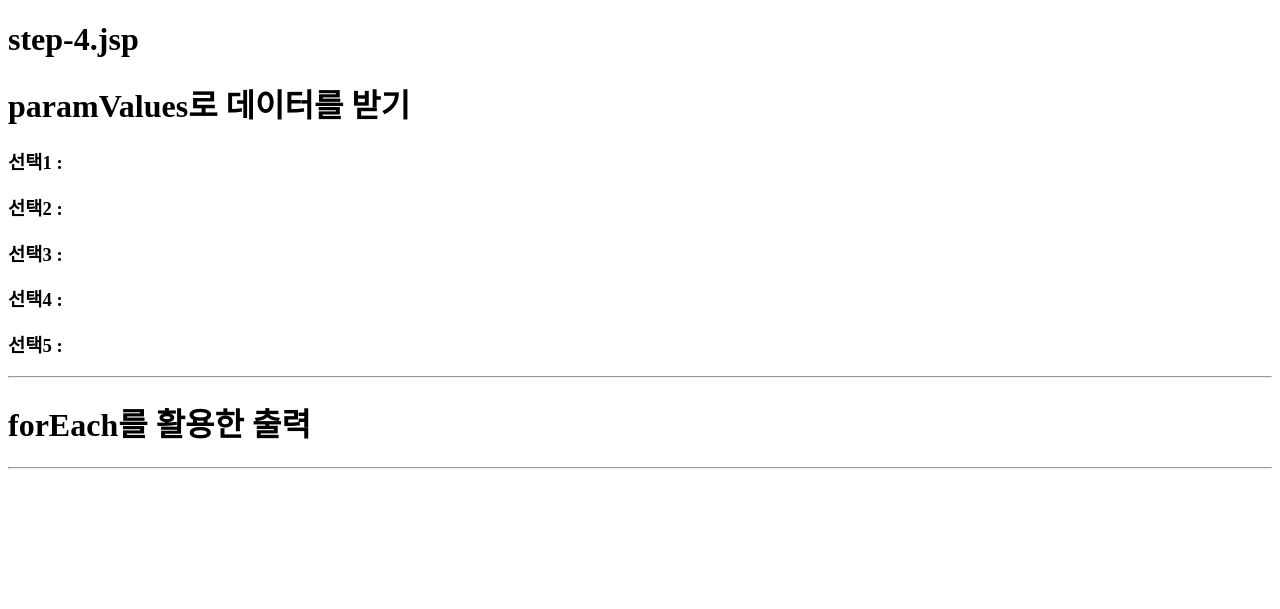
Repository: dtkd19/jsp-jstl_241021
Page: http://localhost/jstl_study/step-4.jsp
The author's editor kept a copy of each file at every save. The page is drawn from the files as they stood at one save, then again after the next save.
The browser window is 1280 px wide. The pictures show the whole page.
The page is served by Tomcat 9. The template is opened directly, without the code that normally fills it, so the values that code supplies are empty.

Above is the page before, as saved 2024-10-21 05:35:22.

After the next save:
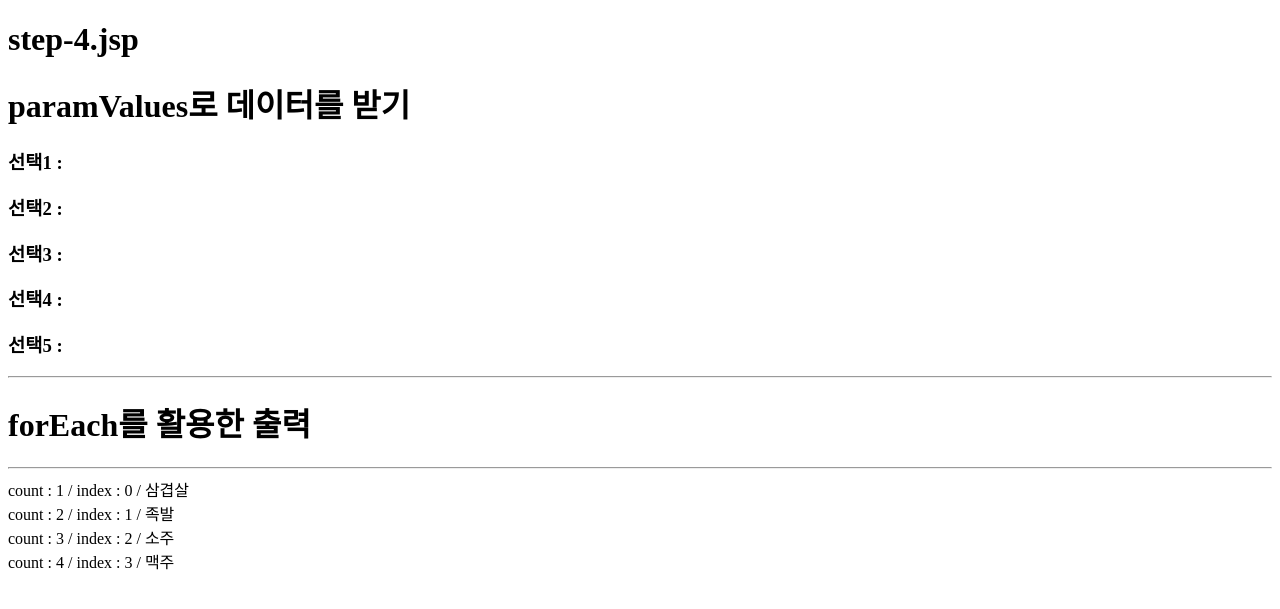
Saved 34 s later.
--- a/jstl_study/src/main/webapp/step-4.jsp
+++ b/jstl_study/src/main/webapp/step-4.jsp
@@ -30,7 +30,7 @@
 	<%
 		String friends[] = {"삼겹살", "족발", "소주", "맥주"};
 		// java Controller 에서 jsp로 데이터를 보낼때
-		request.setAttribute("firend", friends);
+		request.setAttribute("friend", friends);
 
 	%>
 
